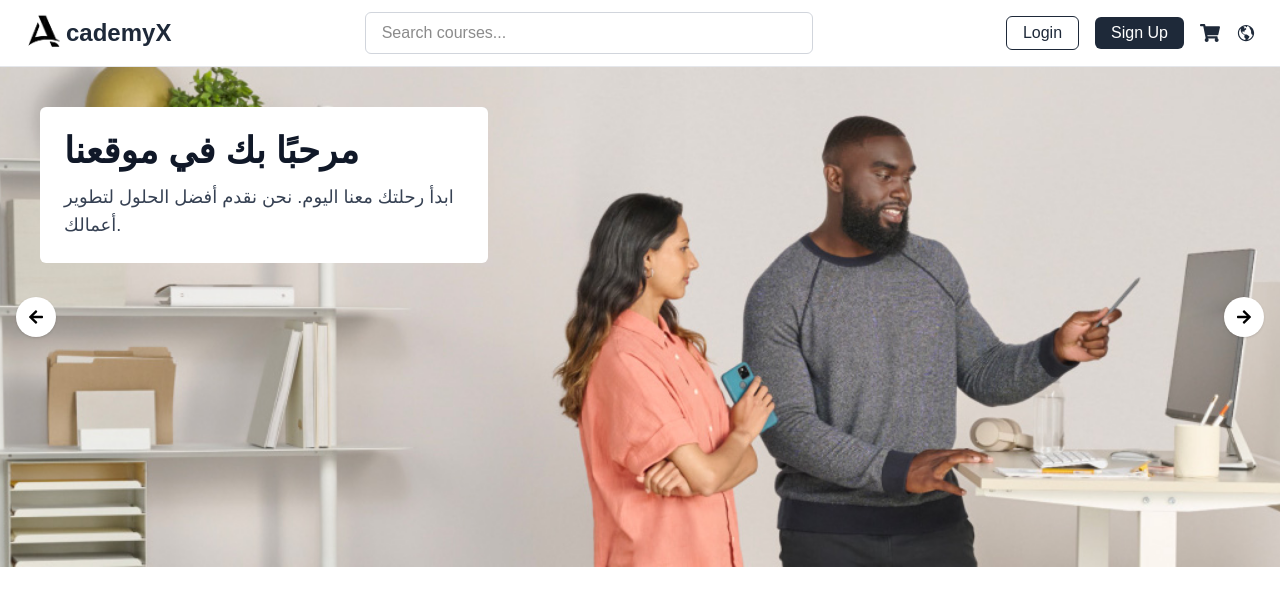
Repository: MohamedSalah54/full-stack-e-learning
Page: / (app in frontend/)
These files come from the project's save history. The page is drawn as it stood at one moment and after a run of saves; the edit follows.
The browser window is 1280 px wide. The pictures show the whole page.
The project was rebuilt for these pictures with package versions that can differ from the ones it lists, and the page was loaded fresh each time. The framework's server and built-in components were replaced by stand-ins that run in the browser. Also part of the build but not shown: frontend/next.config.ts.

Above is the page before, as saved 2025-06-15 13:08:16.

### frontend/src/app/layout.tsx
import type { Metadata } from "next";
import { Geist, Geist_Mono } from "next/font/google";
import "./globals.css";
import { Providers } from "@/app/providers";
import Navbar from "@/components/Navbar";

const geistSans = Geist({
  variable: "--font-geist-sans",
  subsets: ["latin"],
});

const geistMono = Geist_Mono({
  variable: "--font-geist-mono",
  subsets: ["latin"],
});

export const metadata: Metadata = {
  title: "Create Next App",
  description: "Generated by create next app",
};

export default function RootLayout({
  children,
}: Readonly<{
  children: React.ReactNode;
}>) {
  return (
    <html lang="en">
      <body
        className={`${geistSans.variable} ${geistMono.variable} antialiased`}
      >
        <Navbar/>
        <Providers>{children}</Providers>

      </body>
    </html>
  );
}

### frontend/src/app/page.tsx
import HeroBannerSlider from "@/components/home/HeroBannerSlider"

const Home = () => {
  return (
    <main className="flex flex-col items-center justify-center">
        <HeroBannerSlider/>
    </main>
  )
}

export default Home

### frontend/src/app/providers.jsx
'use client';

import { Provider } from 'react-redux';
import { store } from '@/redux/store/store';
export function Providers({ children }) {
  return <Provider store={store}>{children}</Provider>;
}

### frontend/src/components/Navbar.tsx
'use client';
import { FaShoppingCart } from 'react-icons/fa';
import { IoMdGlobe } from 'react-icons/io';
import { useRouter } from 'next/navigation';

export default function Navbar() {
  const router = useRouter();
  return (
    <nav className="bg-white shadow-sm border-b border-gray-200 py-3 px-6">
      <div className="max-w-7xl mx-auto flex items-center justify-between">
        {/* Left - Logo */}
        <div className="flex items-center cursor-pointer" onClick={()=> router.push('/')}>
          <div className="relative h-10 w-10 mr-[-2px] " >
            <img
              src="/logo.png"
              alt="Logo"
              className="h-full w-full object-contain block"
            />
          </div>
          <span className="text-2xl font-bold text-gray-800 leading-none ml-1">
            cademyX
          </span>
        </div>

        {/* Middle - Search */}
        <div className="flex-1 max-w-md mx-4">
          <input
            type="text"
            placeholder="Search courses..."
            className="w-full border border-gray-300 rounded-md px-4 py-2 focus:outline-none focus:ring-1 focus:ring-gray-800"
          />
        </div>

        {/* Right - Buttons */}
        <div className="flex items-center space-x-4">
          <button className="px-4 py-1 border border-gray-800 text-gray-800 rounded-md hover:bg-gray-100 transition cursor-pointer" onClick={()=>router.push('/auth/login')}>
            Login
          </button>
          <button className="px-4 py-1 bg-gray-800 text-white rounded-md hover:bg-gray-700 transition cursor-pointer" onClick={()=>router.push('/auth/register')} >
            Sign Up
          </button>
          <FaShoppingCart className="text-gray-800 text-xl cursor-pointer hover:scale-110 transition " />
          <IoMdGlobe className="text-gray-800 text-xl cursor-pointer hover:scale-110 transition " />
        </div>
      </div>
    </nav>
  );
}

### frontend/src/components/home/HeroBannerSlider.tsx
// components/hero/HeroBannerSlider.tsx
"use client";

import React, { useState } from "react";
import { FaArrowLeft, FaArrowRight } from "react-icons/fa";

const slides = [
  {
    image: "/banner1.jpg",
    title: "مرحبًا بك في موقعنا",
    description: "ابدأ رحلتك معنا اليوم. نحن نقدم أفضل الحلول لتطوير أعمالك.",
  },
  {
    image: "/banner2.jpg",
    title: "حلول رقمية متكاملة",
    description: "نساعدك في بناء مستقبل رقمي قوي واحترافي.",
  },
];

const HeroBannerSlider = () => {
  const [current, setCurrent] = useState(0);

  const nextSlide = () => {
    setCurrent((prev) => (prev + 1) % slides.length);
  };

  const prevSlide = () => {
    setCurrent((prev) => (prev - 1 + slides.length) % slides.length);
  };

  return (
    <section className="w-full h-[500px] relative overflow-hidden">
      {/* Image */}
      <img
        src={slides[current].image}
        alt="Hero"
        className="w-full h-full object-cover transition-all duration-700"
      />

      {/* Overlay with text */}
<div className="absolute inset-0 flex items-start justify-start p-10">
        <div className="bg-white bg-opacity-90 p-6 rounded-md max-w-md">
          <h1 className="text-3xl lg:text-4xl font-bold text-gray-900 mb-3">
            {slides[current].title}
          </h1>
          <p className="text-gray-700 text-lg">{slides[current].description}</p>
        </div>
      </div>

      {/* Arrows */}
      <button
        onClick={prevSlide}
        className="absolute top-1/2 left-4 transform -translate-y-1/2 bg-white text-black p-3 rounded-full shadow hover:bg-gray-200 z-10"
      >
        <FaArrowLeft />
      </button>
      <button
        onClick={nextSlide}
        className="absolute top-1/2 right-4 transform -translate-y-1/2 bg-white text-black p-3 rounded-full shadow hover:bg-gray-200 z-10"
      >
        <FaArrowRight />
      </button>
    </section>
  );
};

export default HeroBannerSlider;

Loaded but not shown: frontend/src/app/globals.css (common file); frontend/src/redux/store/store.ts (common file)

After the next 3 saves:
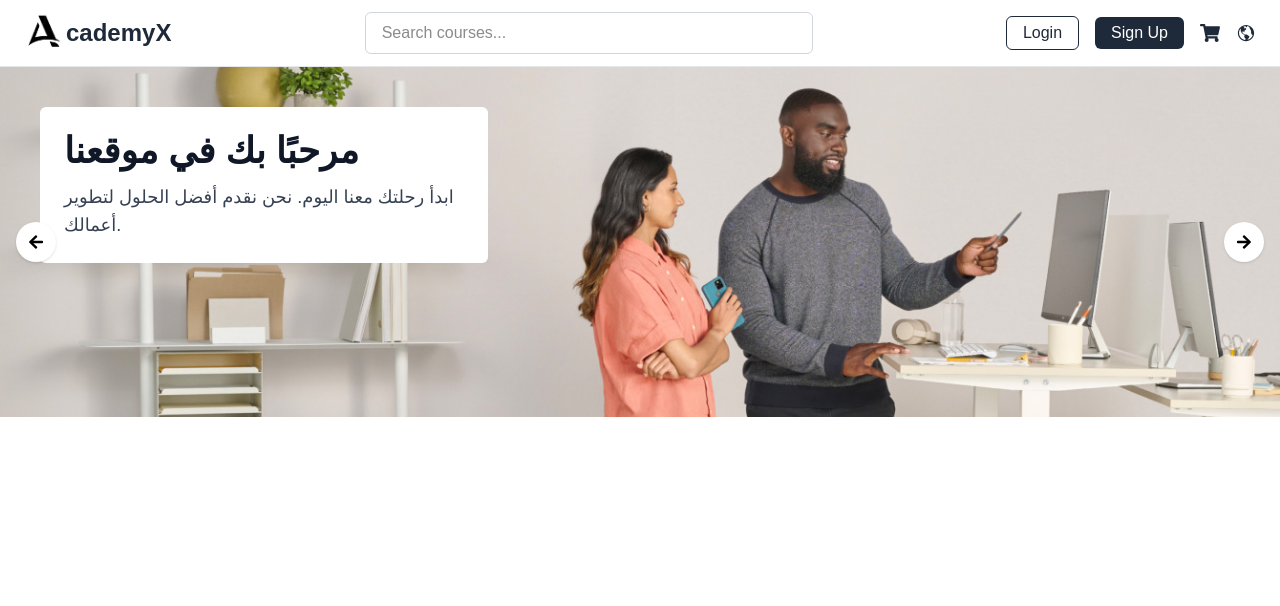
The 3 saves are shown as one change because they came seconds apart.
The last was saved 96 s later.
--- a/frontend/src/components/home/HeroBannerSlider.tsx
+++ b/frontend/src/components/home/HeroBannerSlider.tsx
@@ -5,63 +5,63 @@
 import { FaArrowLeft, FaArrowRight } from "react-icons/fa";
 
 const slides = [
-  {
-    image: "/banner1.jpg",
-    title: "مرحبًا بك في موقعنا",
-    description: "ابدأ رحلتك معنا اليوم. نحن نقدم أفضل الحلول لتطوير أعمالك.",
-  },
-  {
-    image: "/banner2.jpg",
-    title: "حلول رقمية متكاملة",
-    description: "نساعدك في بناء مستقبل رقمي قوي واحترافي.",
-  },
+    {
+        image: "/banner1.jpg",
+        title: "مرحبًا بك في موقعنا",
+        description: "ابدأ رحلتك معنا اليوم. نحن نقدم أفضل الحلول لتطوير أعمالك.",
+    },
+    {
+        image: "/banner2.jpg",
+        title: "حلول رقمية متكاملة",
+        description: "نساعدك في بناء مستقبل رقمي قوي واحترافي.",
+    },
 ];
 
 const HeroBannerSlider = () => {
-  const [current, setCurrent] = useState(0);
+    const [current, setCurrent] = useState(0);
 
-  const nextSlide = () => {
-    setCurrent((prev) => (prev + 1) % slides.length);
-  };
+    const nextSlide = () => {
+        setCurrent((prev) => (prev + 1) % slides.length);
+    };
 
-  const prevSlide = () => {
-    setCurrent((prev) => (prev - 1 + slides.length) % slides.length);
-  };
+    const prevSlide = () => {
+        setCurrent((prev) => (prev - 1 + slides.length) % slides.length);
+    };
 
-  return (
-    <section className="w-full h-[500px] relative overflow-hidden">
-      {/* Image */}
-      <img
-        src={slides[current].image}
-        alt="Hero"
-        className="w-full h-full object-cover transition-all duration-700"
-      />
+    return (
+        <section className="w-full h-[350px] relative overflow-hidden">
+            {/* Image */}
+            <img
+                src={slides[current].image}
+                alt="Hero"
+                className="w-full h-full object-cover transition-all duration-700"
+            />
 
-      {/* Overlay with text */}
-<div className="absolute inset-0 flex items-start justify-start p-10">
-        <div className="bg-white bg-opacity-90 p-6 rounded-md max-w-md">
-          <h1 className="text-3xl lg:text-4xl font-bold text-gray-900 mb-3">
-            {slides[current].title}
-          </h1>
-          <p className="text-gray-700 text-lg">{slides[current].description}</p>
-        </div>
-      </div>
+            {/* Overlay with text */}
+            <div className="absolute inset-0 flex items-start justify-start p-10">
+                <div className="bg-white bg-opacity-90 p-6 rounded-md max-w-md">
+                    <h1 className="text-3xl lg:text-4xl font-bold text-gray-900 mb-3">
+                        {slides[current].title}
+                    </h1>
+                    <p className="text-gray-700 text-lg">{slides[current].description}</p>
+                </div>
+            </div>
 
-      {/* Arrows */}
-      <button
-        onClick={prevSlide}
-        className="absolute top-1/2 left-4 transform -translate-y-1/2 bg-white text-black p-3 rounded-full shadow hover:bg-gray-200 z-10"
-      >
-        <FaArrowLeft />
-      </button>
-      <button
-        onClick={nextSlide}
-        className="absolute top-1/2 right-4 transform -translate-y-1/2 bg-white text-black p-3 rounded-full shadow hover:bg-gray-200 z-10"
-      >
-        <FaArrowRight />
-      </button>
-    </section>
-  );
+            {/* Arrows */}
+            <button
+                onClick={prevSlide}
+                className="absolute top-1/2 left-4 transform -translate-y-1/2 bg-white text-black p-3 rounded-full shadow hover:bg-gray-200 z-10"
+            >
+                <FaArrowLeft />
+            </button>
+            <button
+                onClick={nextSlide}
+                className="absolute top-1/2 right-4 transform -translate-y-1/2 bg-white text-black p-3 rounded-full shadow hover:bg-gray-200 z-10"
+            >
+                <FaArrowRight />
+            </button>
+        </section>
+    );
 };
 
 export default HeroBannerSlider;
